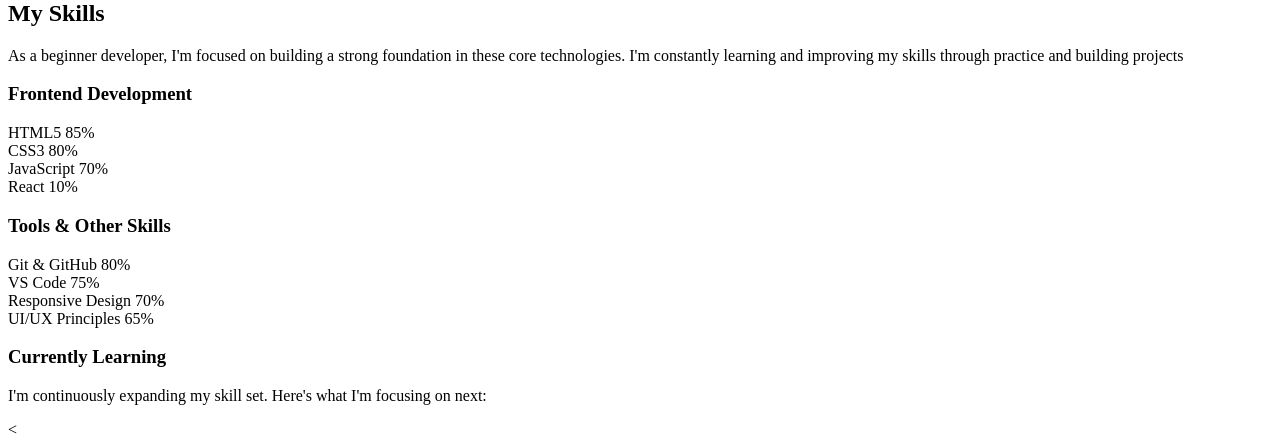
Repository: andajonas/ANDJON25111_fto2505_A_Anda-Jonas_CDV05
Page: index.html
The author's editor kept a copy of each file at every save. The page is drawn from the files as they stood at one save, then again after the next save.
The browser window is 1280 px wide. The pictures show the part of the page from y = 557 to 1148 px (the page is 1004 px tall before and 1148 px after).
A picture or video elsewhere on the page could not be fetched, so the positions and the page height are approximate.

Above is the page before, as saved 2025-09-19 17:15:06.

### index.html
<!DOCTYPE html>
<html lang="en">
<head>
    <meta charset="UTF-8">
    <meta name="viewport" content="width=device-width, initial-scale=1.0">
    <title>Anda Jonas| Developer Portfolio </title>

</head>
<body>
    <!-- Header and Navigation -->
     <header>
        <div class="container">
            <nav>
                <a href="#" class="logo">Beginner Software <span>Developer</span></a>
                <ul class="nav-links">
                    <li><a href="#home">Home</a></li>
                    <li><a href="#skills">Skills</a></li>
                    <li><a href="#projects">Projects</a></li>
                    <li><a href="#contact">Contact</a></li>
                </ul>
            </nav>
        </div>
    </header>

    <!-- Hero Section -->
     <section id="home" class="hero">
        <div class="container">
            <div class="hero-content">
                <div class="hero-text">
                    <h1>Hello, I'm Anda Jonas.<span> A beginner Software Developer.</span></h1>
                    <p>I'm passionate about learning software development and building solutions that make a difference. Currently expanding my skills in web development and programming fundamentals.</p>
                    <div class="hero-btns">
                        <a href="#projects" class="btn">View My Projects</a>
                        <a href="#contact" class="btn btn-outline">Contact Me</a>
                    </div>
                </div>
                <div class="hero-image">
                    <img src="profile.jpg" alt="Anda Jonas">
                    </div>
            </div>
        </div>
     </section>

     <!-- Skills Section -->
      <section id="skills" class="skills">
        <div class="container">
            <h2 class="section-title">My Skills</h2>
            <p>As a beginner developer, I'm focused on building a strong foundation in these core technologies. I'm constantly learning and improving my skills through practice and building projects</p>
            <div class="skills-container">
                <div class="skill-category">
                    <h3><i class="fas fa-code"></i> Frontend Development</h3>
                    <div class="skill-item">
                        <div class="skill-header">
                            <span class="skill-name">HTML5</span>
                            <span class="skill-level">85%</span>
                        </div>
                        <div class="skill-bar">
                            <div class="skill-progress" style="width: 85%"></div>
                        </div>
                    </div>
                    <div class="skill-item">
                        <div class="skill-header">
                            <span class="skill-name">CSS3</span>
                            <span class="skill-level">80%</span>
                        </div>
                        <div class="skill-bar">
                            <div class="skill-progress" style="width: 80%"></div>
                        </div>
                    </div>
                    <div class="skill-item">
                        <div class="skill-header">
                            <span class="skill-name">JavaScript</span>
                            <span class="skill-level">70%</span>
                        </div>
                        <div class="skill-bar">
                            <div class="skill-progress" style="width: 70%"></div>
                        </div>
                    </div>
                    <div class="skill-item">
                        <div class="skill-header">
                            <span class="skill-name">React</span>
                            <span class="skill-level">10%</span>
                        </div>
                        <div class="skill-bar">
                            <div class="skill-progress" style="width: 10%"></div>
                        </div>
                    </div>
                </div>

                <div class="skill-category">
                    <h3><i class="fas fa-tools"></i> Tools & Other Skills</h3>
                    <div class="skill-item">
                        <div class="skill-header">
                            <span class="skill-name">Git & GitHub</span>
                            <span class="skill-level">80%</span>
                        </div>
                        <div class="skill-bar">
                            <div class="skill-progress" style="width: 80%"></div>
                        </div>
                    </div>
                    <div class="skill-item">
                        <div class="skill-header">
                            <span class="skill-name">VS Code</span>
                            <span class="skill-level">75%</span>
                        </div>
                        <div class="skill-bar">
                            <div class="skill-progress" style="width: 75%"></div>
                        </div>
                    </div>
                    <div class="skill-item">
                        <div class="skill-header">
                            <span class="skill-name">Responsive Design</span>
                            <span class="skill-level">70%</span>
                        </div>
                        <div class="skill-bar">
                            <div class="skill-progress" style="width: 70%"></div>
                        </div>
                    </div>
                    <div class="skill-item">
                        <div class="skill-header">
                            <span class="skill-name">UI/UX Principles</span>
                            <span class="skill-level">65%</span>
                        </div>
                        <div class="skill-bar">
                            <div class="skill-progress" style="width: 65%"></div>
                         <div>
                            <div>
                            </div>
                         </div>

                         <div class="learning-path">
                            <h3>Currently Learning</h3>
                            <p>I'm continuously expanding my skill set. Here's what I'm focusing on next:</p>
                            <
                         </div>

        </div>
      </section>

After the next save:
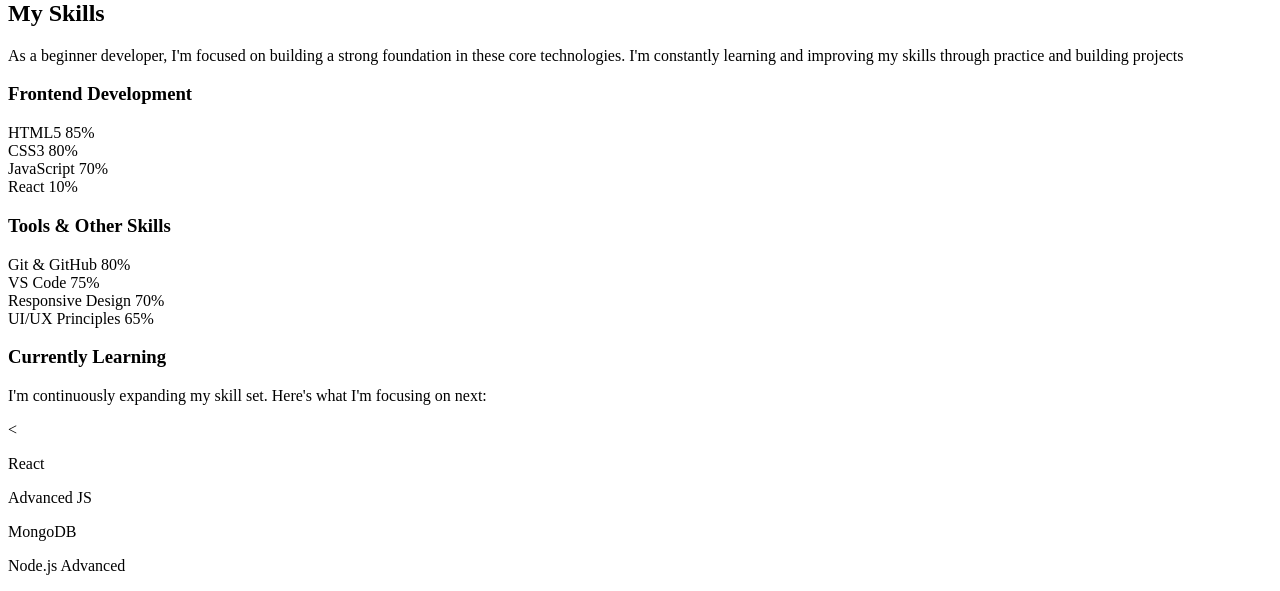
Saved 4 s later.
--- a/index.html
+++ b/index.html
@@ -131,7 +131,25 @@
                          <div class="learning-path">
                             <h3>Currently Learning</h3>
                             <p>I'm continuously expanding my skill set. Here's what I'm focusing on next:</p>
-                            <
+                            <<div class="path-items">
+                                <div class="path-item">
+                                    <i class="fab fa-react"></i>
+                                    <p>React</p>
+                                </div>
+                                <div class="path-item">
+                                    <i class="fab fa-js-square"></i>
+                                    <p>Advanced JS</p>
+                                </div>
+                                <div class="path-item">
+                                    <i class="fas fa-database"></i>
+                                    <p>MongoDB</p>
+                                </div>
+                                <div class="path-item">
+                                    <i class="fab fa-node-js"></i>
+                                    <p>Node.js Advanced</p>
+                                </div>
+                            </div>
+                        </div>
                          </div>
 
         </div>
